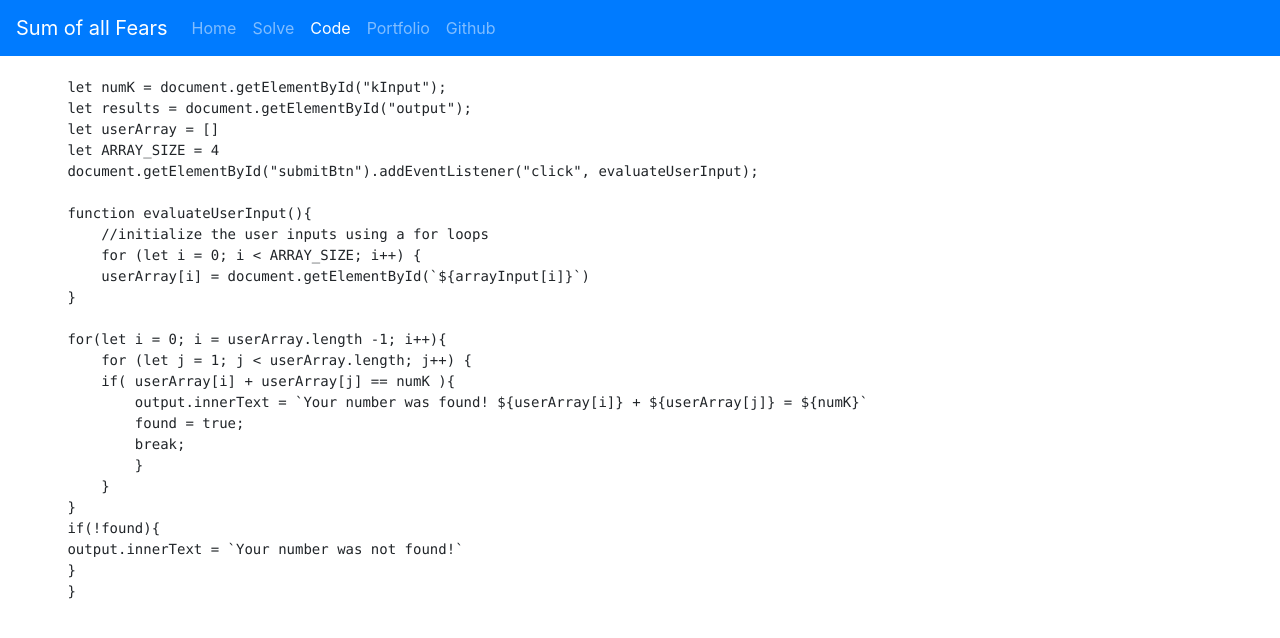
Repository: zhadjah9559/BrainBufferOverflow
Page: code.html
An editor plug-in stored every save of this project. The page is shown before and after a run of saves, followed by the edit.
The browser window is 1280 px wide. The pictures show the whole page.

Above is the page before, as saved 2021-01-18 00:54:00.

### code.html
<!doctype html>
<html lang="en">
  <head>
    <title>Title</title>
    <!-- Required meta tags -->
    <meta charset="utf-8">
    <meta name="viewport" content="width=device-width, initial-scale=1, shrink-to-fit=no">

    <!-- Bootstrap CSS -->
    <link rel="stylesheet" href="https://stackpath.bootstrapcdn.com/bootstrap/4.3.1/css/bootstrap.min.css" integrity="sha384-ggOyR0iXCbMQv3Xipma34MD+dH/1fQ784/j6cY/iJTQUOhcWr7x9JvoRxT2MZw1T" crossorigin="anonymous">
  </head>
  <body>

    <nav class="navbar navbar-expand-sm navbar-dark bg-primary">
        <a class="navbar-brand" href="index.html">Sum of all Fears</a>
        <button class="navbar-toggler d-lg-none" type="button" data-toggle="collapse" data-target="#collapsibleNavId" aria-controls="collapsibleNavId"
            aria-expanded="false" aria-label="Toggle navigation"></button>
        <div class="collapse navbar-collapse" id="collapsibleNavId">
            <ul class="navbar-nav mr-auto mt-2 mt-lg-0">
                <li class="nav-item">
                    <a class="nav-link" href="index.html">Home </a>
                </li>
                <li class="nav-item">
                    <a class="nav-link" href="solve.html">Solve</a>
                </li>
                 <li class="nav-item active">
                    <a class="nav-link" href="code.html">Code <span class="sr-only">(current)</span></a>

                <li class="nav-item">
                    <a target="_blank" class="nav-link" href="https://zacharyhadjah.netlify.app/">Portfolio</a>
                </li>

                </li> <li class="nav-item">
                    <a target="_blank" class="nav-link" href="https://github.com/zhadjah9559/BrainBufferOverflow">Github</a>
                </li>

            </ul>
        </div>
    </nav>

    <pre class="line-numbers language-javascript"> <code class="language-javascript">
        let numK = document.getElementById("kInput");
        let results = document.getElementById("output");
        let userArray = []
        let ARRAY_SIZE = 4
        document.getElementById("submitBtn").addEventListener("click", evaluateUserInput);

        function evaluateUserInput(){
            //initialize the user inputs using a for loops
            for (let i = 0; i < ARRAY_SIZE; i++) {
            userArray[i] = document.getElementById(`${arrayInput[i]}`)
        }

        for(let i = 0; i = userArray.length -1; i++){
            for (let j = 1; j < userArray.length; j++) {
            if( userArray[i] + userArray[j] == numK ){
                output.innerText = `Your number was found! ${userArray[i]} + ${userArray[j]} = ${numK}`
                found = true;
                break;
                }
            }
        }
        if(!found){
        output.innerText = `Your number was not found!`
        }
        }
    </code></pre>


    <!-- Optional JavaScript -->
    <!-- jQuery first, then Popper.js, then Bootstrap JS -->
    <script src="https://code.jquery.com/jquery-3.3.1.slim.min.js" integrity="sha384-q8i/X+965DzO0rT7abK41JStQIAqVgRVzpbzo5smXKp4YfRvH+8abtTE1Pi6jizo" crossorigin="anonymous"></script>
    <script src="https://cdnjs.cloudflare.com/ajax/libs/popper.js/1.14.7/umd/popper.min.js" integrity="sha384-UO2eT0CpHqdSJQ6hJty5KVphtPhzWj9WO1clHTMGa3JDZwrnQq4sF86dIHNDz0W1" crossorigin="anonymous"></script>
    <script src="https://stackpath.bootstrapcdn.com/bootstrap/4.3.1/js/bootstrap.min.js" integrity="sha384-JjSmVgyd0p3pXB1rRibZUAYoIIy6OrQ6VrjIEaFf/nJGzIxFDsf4x0xIM+B07jRM" crossorigin="anonymous"></script>
  </body>
</html>

After the next 2 saves:
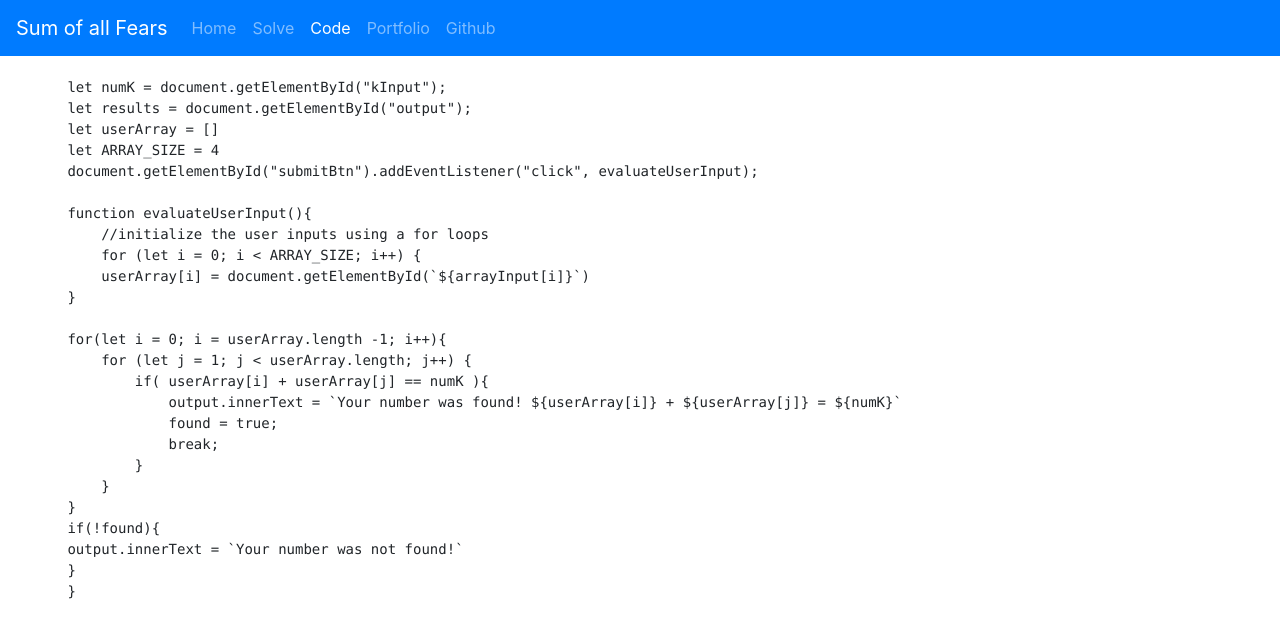
The 2 saves are shown as one change because they came seconds apart.
The last was saved 12 s later.
--- a/code.html
+++ b/code.html
@@ -53,10 +53,10 @@
 
         for(let i = 0; i = userArray.length -1; i++){
             for (let j = 1; j < userArray.length; j++) {
-            if( userArray[i] + userArray[j] == numK ){
-                output.innerText = `Your number was found! ${userArray[i]} + ${userArray[j]} = ${numK}`
-                found = true;
-                break;
+                if( userArray[i] + userArray[j] == numK ){
+                    output.innerText = `Your number was found! ${userArray[i]} + ${userArray[j]} = ${numK}`
+                    found = true;
+                    break;
                 }
             }
         }
